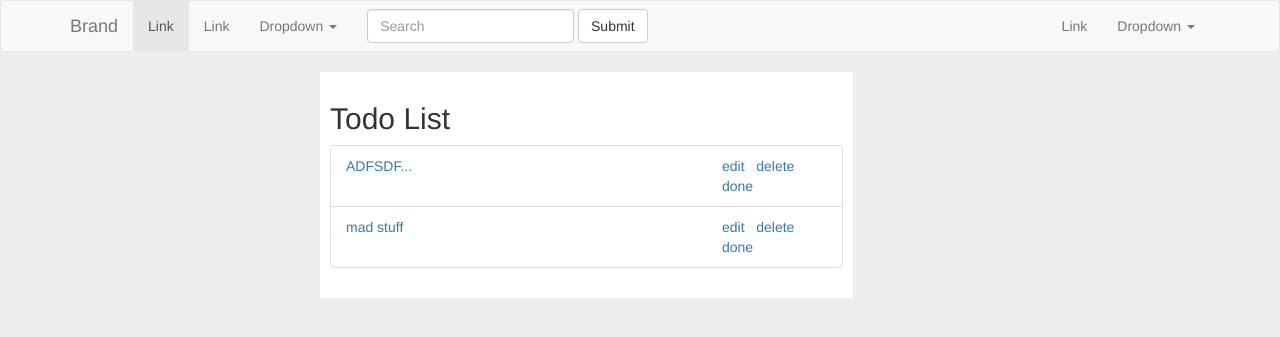
Repository: neoighodaro-articles/migrating-to-laravel
Page: http://localhost/pages/home.php?rel=add
An editor plug-in stored every save of this project. The page is shown before and after the next save, followed by the edit.
The browser window is 1280 px wide. The pictures show the whole page.
The page is run by PHP 8.4 with error messages shown; the project is at /var/www/html/. The database holds what the project's SQL file puts in it.

Above is the page before, as saved 2018-06-12 20:18:44.

After the next save:
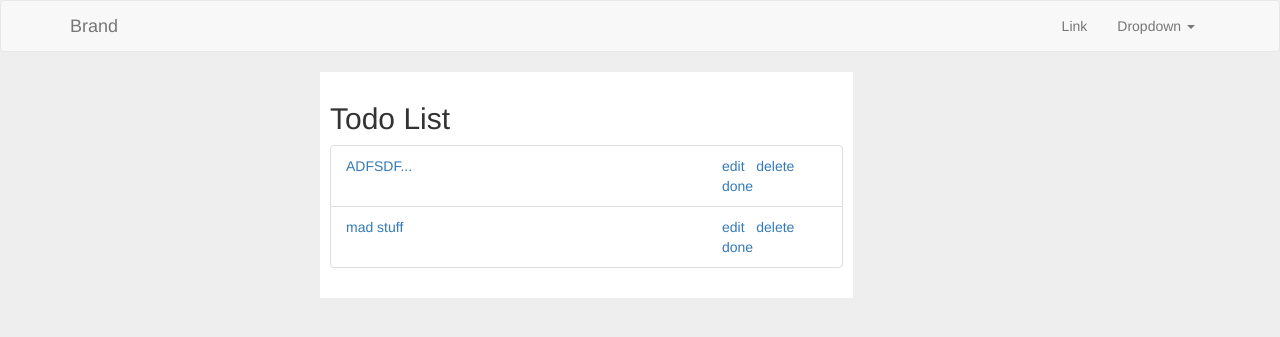
Saved 40 s later.
--- a/vanilla/pages/home.php
+++ b/vanilla/pages/home.php
@@ -33,28 +33,7 @@
 
     <!-- Collect the nav links, forms, and other content for toggling -->
     <div class="collapse navbar-collapse" id="bs-example-navbar-collapse-1">
-      <ul class="nav navbar-nav">
-        <li class="active"><a href="#">Link <span class="sr-only">(current)</span></a></li>
-        <li><a href="#">Link</a></li>
-        <li class="dropdown">
-          <a href="#" class="dropdown-toggle" data-toggle="dropdown" role="button" aria-haspopup="true" aria-expanded="false">Dropdown <span class="caret"></span></a>
-          <ul class="dropdown-menu">
-            <li><a href="#">Action</a></li>
-            <li><a href="#">Another action</a></li>
-            <li><a href="#">Something else here</a></li>
-            <li role="separator" class="divider"></li>
-            <li><a href="#">Separated link</a></li>
-            <li role="separator" class="divider"></li>
-            <li><a href="#">One more separated link</a></li>
-          </ul>
-        </li>
-      </ul>
-      <form class="navbar-form navbar-left">
-        <div class="form-group">
-          <input type="text" class="form-control" placeholder="Search">
-        </div>
-        <button type="submit" class="btn btn-default">Submit</button>
-      </form>
+
       <ul class="nav navbar-nav navbar-right">
         <li><a href="#">Link</a></li>
         <li class="dropdown">
